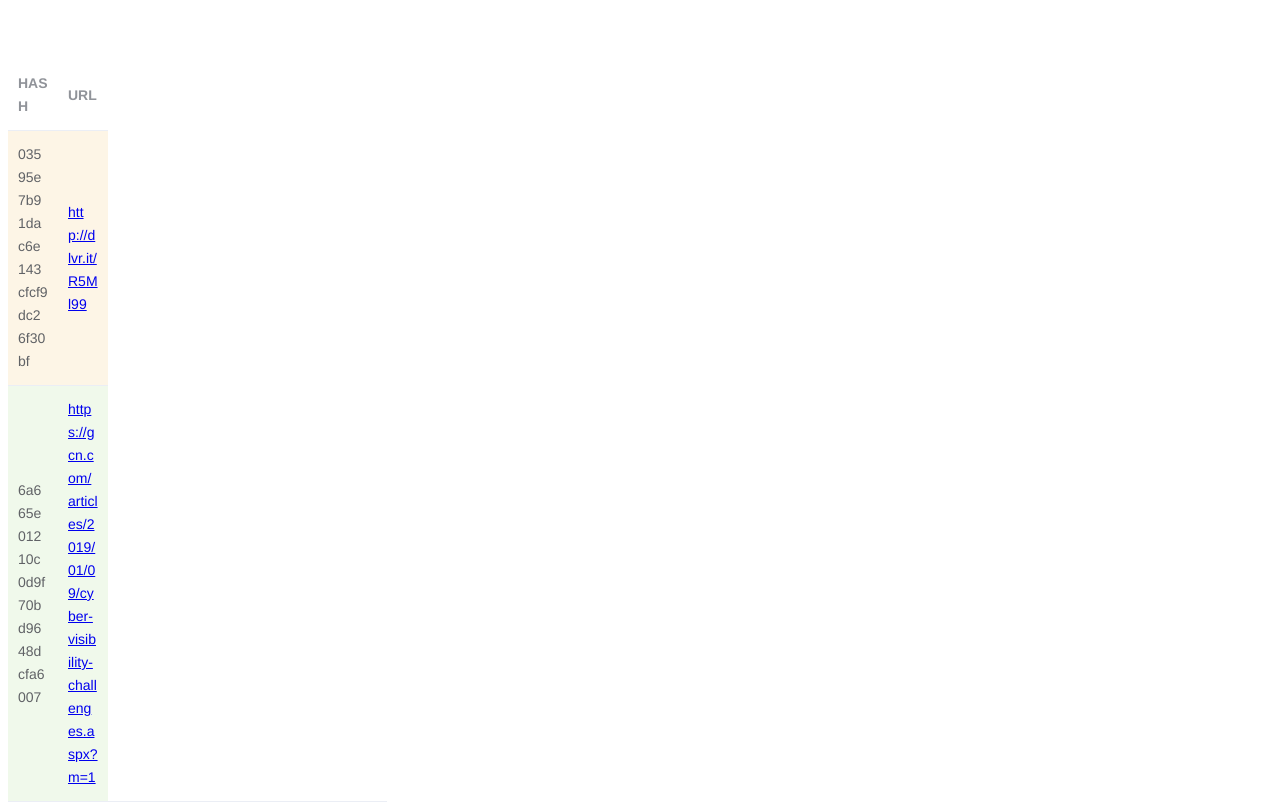
Repository: NicoleGX/TI
Page: /
An editor plug-in stored every save of this project. The page is shown before and after the next save, followed by the edit.
The browser window is 1280 px wide. The pictures show the whole page.
The project was rebuilt for these pictures with package versions that can differ from the ones it lists, and the page was loaded fresh each time.

Above is the page before, as saved 2019-05-28 17:50:04.

After the next save:
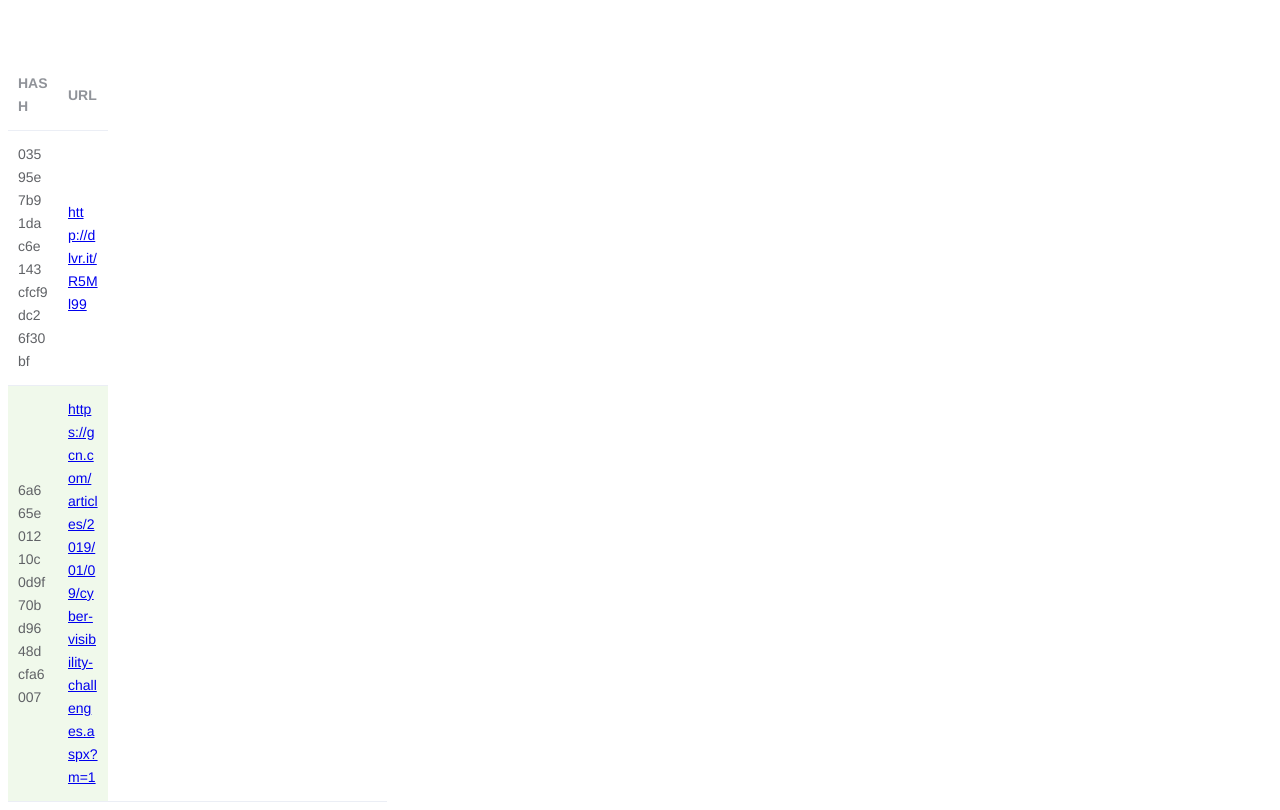
Saved 24 s later.
--- a/src/views/TextClassification.vue
+++ b/src/views/TextClassification.vue
@@ -57,7 +57,7 @@ export default {
 
 <style>
 .el-table .warning-row {
-  background: oldlace;
+  background: fff;
 }
 
 .el-table .success-row {
